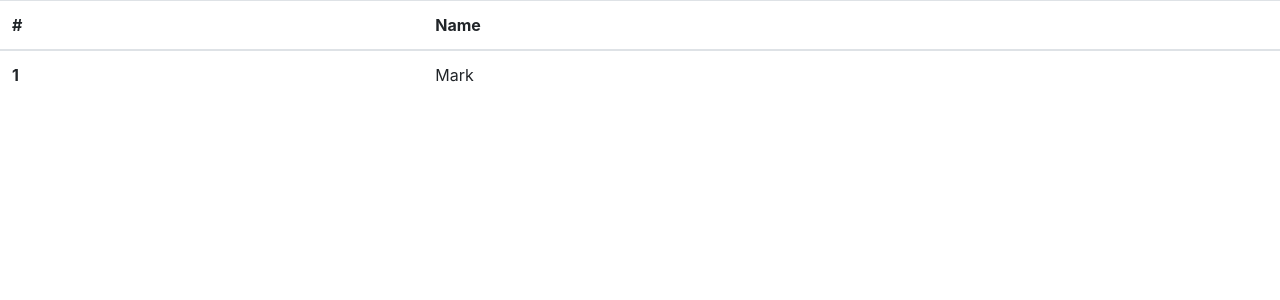
Repository: anhtu2110/backend
Page: http://localhost/backend/section-30_part_2/index.php
The author's editor kept a copy of each file at every save. The page is drawn from the files as they stood at one save, then again after the next save.
The browser window is 1280 px wide. The pictures show the whole page.
The page is run by PHP 8.4 with error messages shown; the project is at /var/www/html/.

Above is the page before, as saved 2022-12-06 16:23:50.

### section-30_part_2/index.php
<?php
// --Danh mục tin tức
// --Danh mục sản phẩm
// --Menu
$data = array(
    1 => array(
        'id' => 1,
        'name' => 'Kinh doanh',
        'parent_id' => 0,
    ),
    2 => array(
        'id' => 2,
        'name' => 'Thể thao',
        'parent_id' => 0,
    ),
    3 => array(
        'id' => 3,
        'name' => 'Quốc tế',
        'parent_id' => 1,
    ),
    4 => array(
        'id' => 4,
        'name' => 'Doanh nghiệp',
        'parent_id' => 1,
    ),
    5 => array(
        'id' => 5,
        'name' => 'Bóng đá',
        'parent_id' => 2,
    ),
    6 => array(
        'id' => 6,
        'name' => 'Marathon',
        'parent_id' => 2,
    ),
);
// $result = array(
//     1 => array(
//         'id' => 1,
//         'name' => 'Kinh doanh',
//         'parent_id' => 0,
//     ),
//     3 => array(
//         'id' => 3,
//         'name' => 'Quốc tế',
//         'parent_id' => 1,
//     ),
//     4 => array(
//         'id' => 4,
//         'name' => 'Doanh nghiệp',
//         'parent_id' => 1,
//     ),
//     2 => array(
//         'id' => 2,
//         'name' => 'Thể thao',
//         'parent_id' => 0,
//     ),
//     5 => array(
//         'id' => 5,
//         'name' => 'Bóng đá',
//         'parent_id' => 2,
//     ),
//     6 => array(
//         'id' => 6,
//         'name' => 'Marathon',
//         'parent_id' => 2,
//     ),
// );
function has_child($data, $id)
{
    foreach ($data as $v) {
        if ($v['parent_id'] == $id) {
            return true;
        }
    }
    return false;
}
function data_tree($data, $parent_id = 0, $level = 0)
{
    $result = array();
    foreach ($data as $v) {
        if ($v['parent_id'] == $parent_id) {
            $v['level'] = $level;
            $result[] = $v;
            if (has_child($data, $v['id'])) {
                // ++$level;
                $result_child = data_tree($data, $v['id'], $level + 1);
                $result = array_merge($result, $result_child);
                // --$level;
            }
        }
    }
    return $result;
}
function show_array($data)
{
    if (is_array($data)) {
        echo "<pre>";
        print_r($data);
        echo "</pre>";
    }
}
// echo "<pre>";
// print_r(data_tree($data, 0));
// show_array(data_tree($data, 0));
?>
<!DOCTYPE html>
<html lang="en">

<head>
    <meta charset="UTF-8">
    <meta http-equiv="X-UA-Compatible" content="IE=edge">
    <meta name="viewport" content="width=device-width, initial-scale=1.0">
    <link rel="stylesheet" href="https://cdn.jsdelivr.net/npm/bootstrap@4.6.2/dist/css/bootstrap.min.css" integrity="sha384-xOolHFLEh07PJGoPkLv1IbcEPTNtaed2xpHsD9ESMhqIYd0nLMwNLD69Npy4HI+N" crossorigin="anonymous">
    <title>Document</title>
</head>

<body>
    <table class="table">
        <thead>
            <tr>
                <th scope="col">#</th>
                <th scope="col">Name</th>
            </tr>
        </thead>
        <tbody>
            <tr>
                <th scope="row">1</th>
                <td>Mark</td>
            </tr>
        </tbody>
    </table>
</body>

</html>

After the next save:
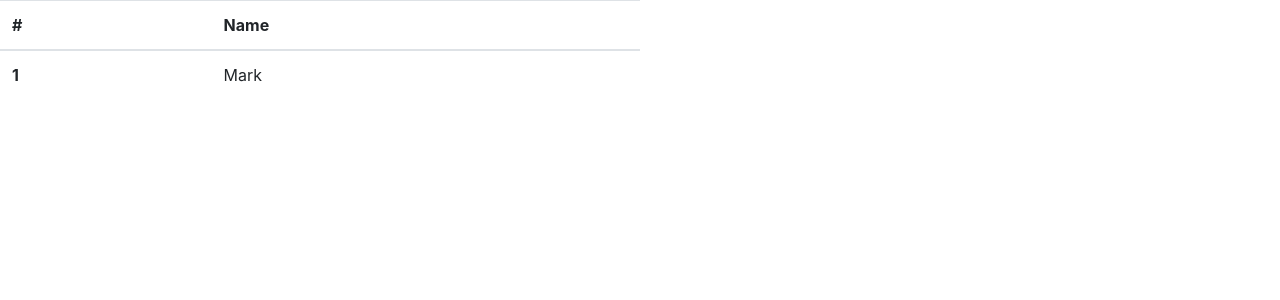
Saved 23 s later.
--- a/section-30_part_2/index.php
+++ b/section-30_part_2/index.php
@@ -116,7 +116,7 @@ function show_array($data)
 </head>
 
 <body>
-    <table class="table">
+    <table class="table w-50">
         <thead>
             <tr>
                 <th scope="col">#</th>
